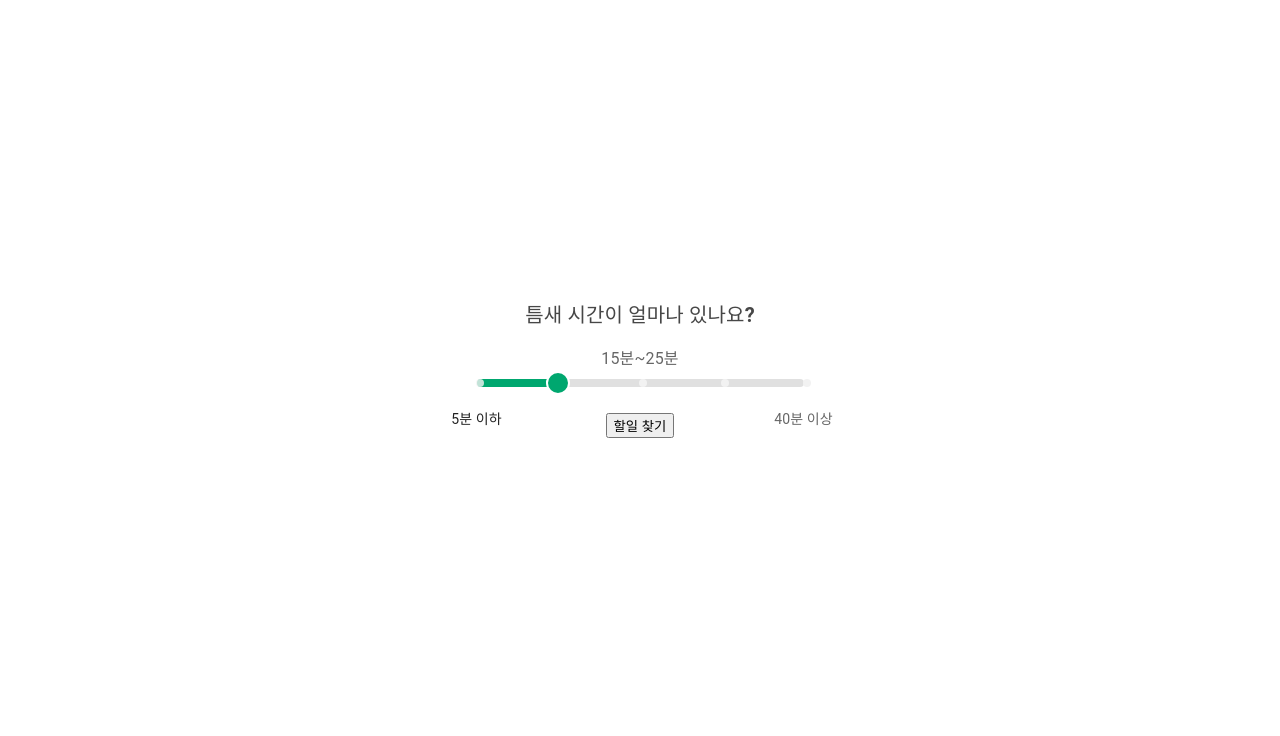
Repository: Tickley-Team/Tickley
Page: /survey
The author's editor kept a copy of each file at every save. The page is drawn from the files as they stood at one save, then again after the next save.
The browser window is 1280 px wide. The pictures show the whole page.
The project was rebuilt for these pictures with package versions that can differ from the ones it lists, and the page was loaded fresh each time. Also part of the build but not shown: vite.config.ts, src/pages/Todos.tsx, src/stores/recommendTodoFilterStore.ts, src/hooks/useCategoryNames.tsx, src/hooks/useFilteredTodos.tsx, src/hooks/useLocalStorage.ts, src/utils.ts, src/pages/TodosFind.tsx and 9 more.

Above is the page before, as saved 2024-12-08 17:58:56.

After the next save:
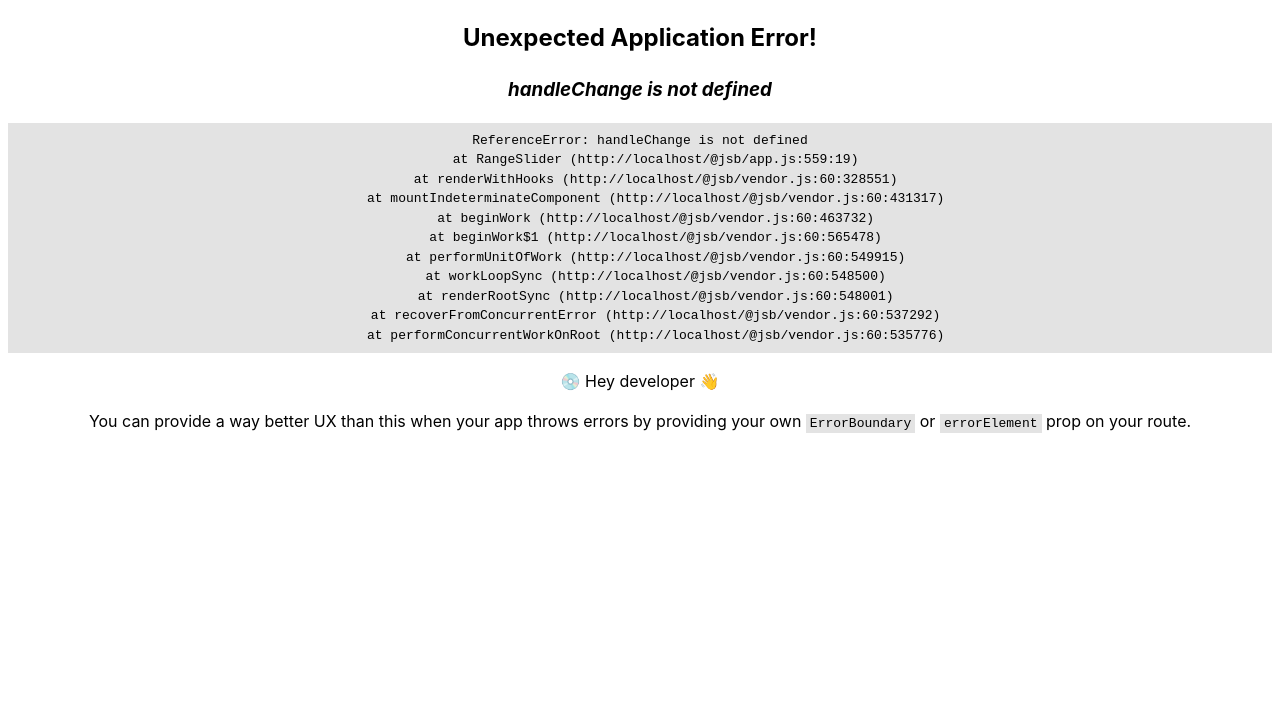
Console error: ReferenceError: handleChange is not defined
Saved 101 s later.
--- a/src/components/RangeSlider.tsx
+++ b/src/components/RangeSlider.tsx
@@ -12,7 +12,12 @@ export const RangeSlider = (props: Props) => {
   return (
     <Box width={'100%'}>
       <Typography sx={{ mb: 1, color: '#666666' }}>15분~25분</Typography>
-      <CustomSlider defaultValue={25} marks={marks} step={null} />
+      <CustomSlider
+        defaultValue={25}
+        marks={marks}
+        step={null}
+        onChange={handleChange}
+      />
 
       {/* <Box
         sx={{
